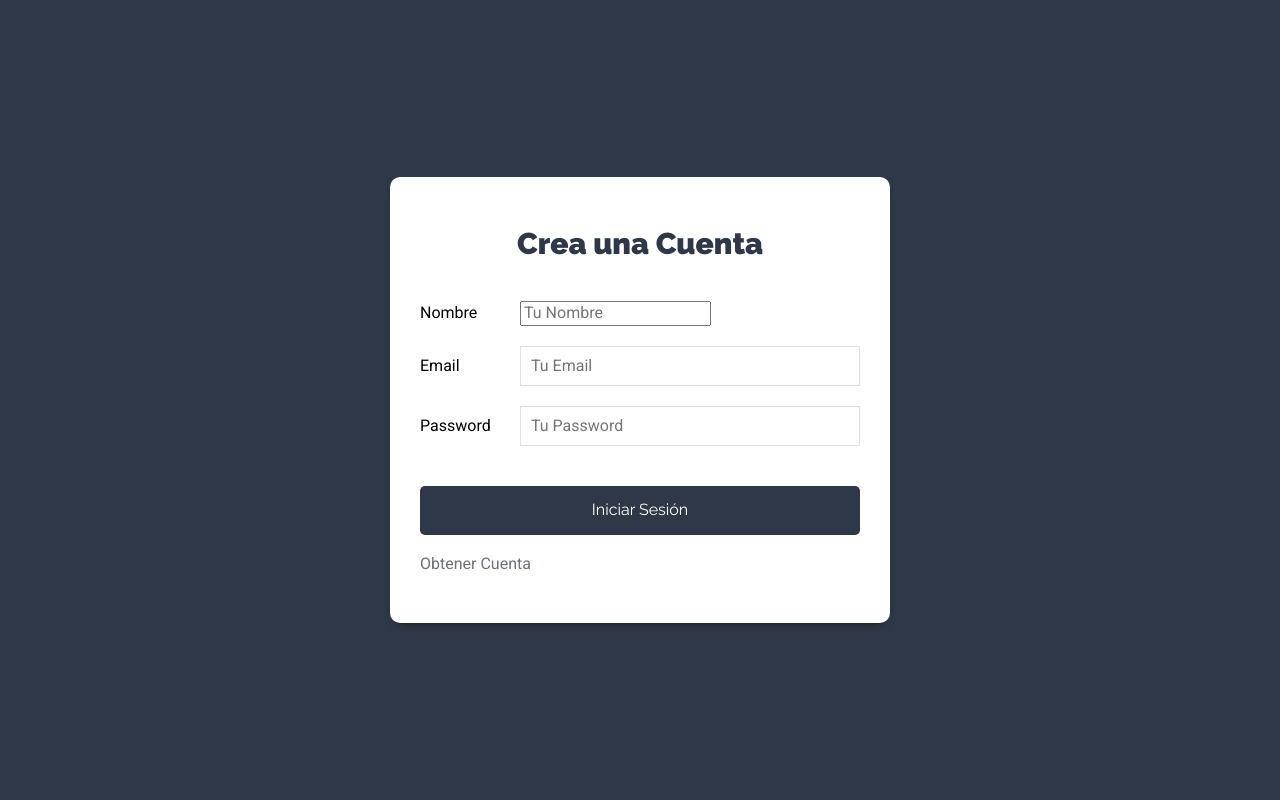
Repository: tive02/MERNTask-cliente
Page: /nueva-cuenta
These files come from the project's save history. The page is drawn as it stood at one moment and after the next save; the edit follows.
The browser window is 1280 px wide. The pictures show the whole page.
The project was rebuilt for these pictures with package versions that can differ from the ones it lists, and the page was loaded fresh each time. Also part of the build but not shown: src/components/auth/Login.js, src/components/proyectos/Proyectos.js.

Above is the page before, as saved 2021-03-19 20:17:58.

After the next save:
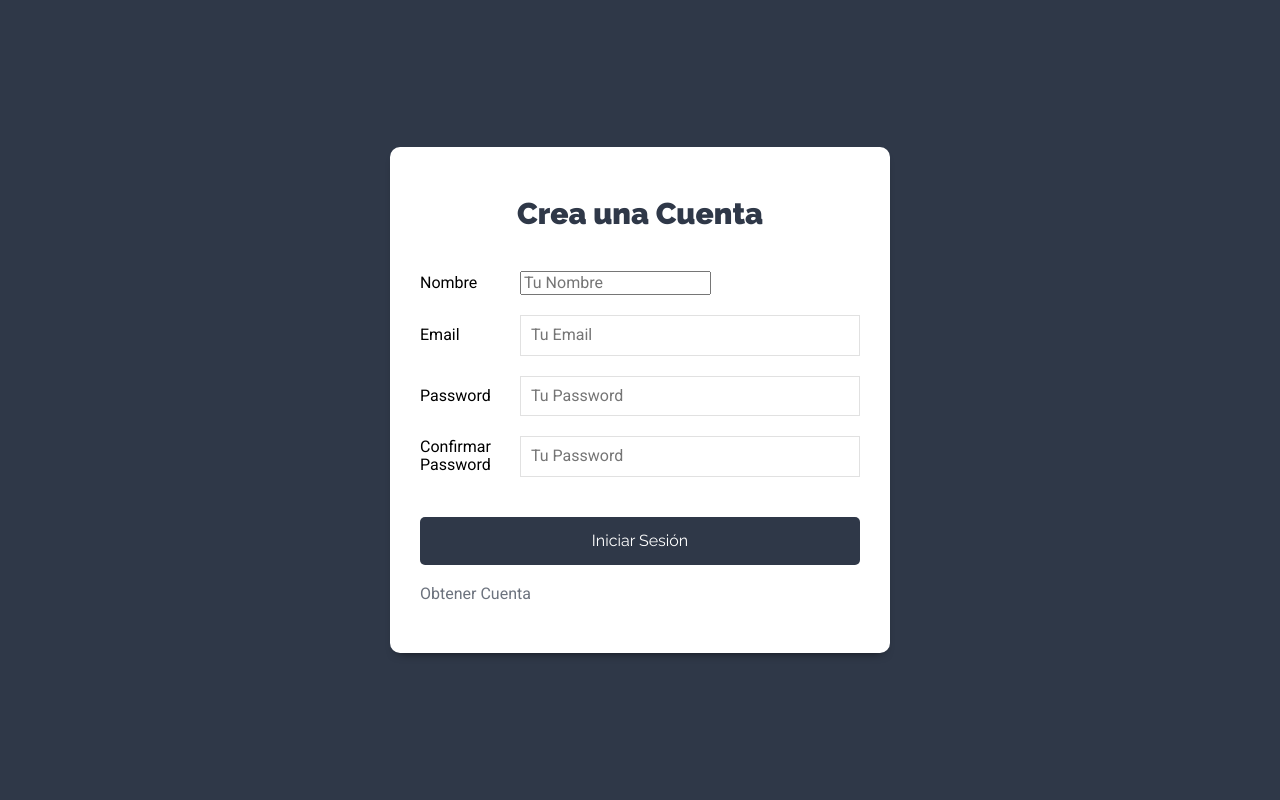
Saved 46 s later.
--- a/src/components/auth/NuevaCuenta.js
+++ b/src/components/auth/NuevaCuenta.js
@@ -59,6 +59,17 @@ const NuevaCuenta = () => {
             />
           </div>
           <div className="campo-form">
+            <label htmlFor="password">Confirmar Password </label>
+            <input
+              type="password"
+              id="password"
+              name="password"
+              value={password}
+              placeholder="Tu Password"
+              onChange={onChange}
+            />
+          </div>
+          <div className="campo-form">
             <input
               type="submit"
               className="btn btn-primario btn-block"
